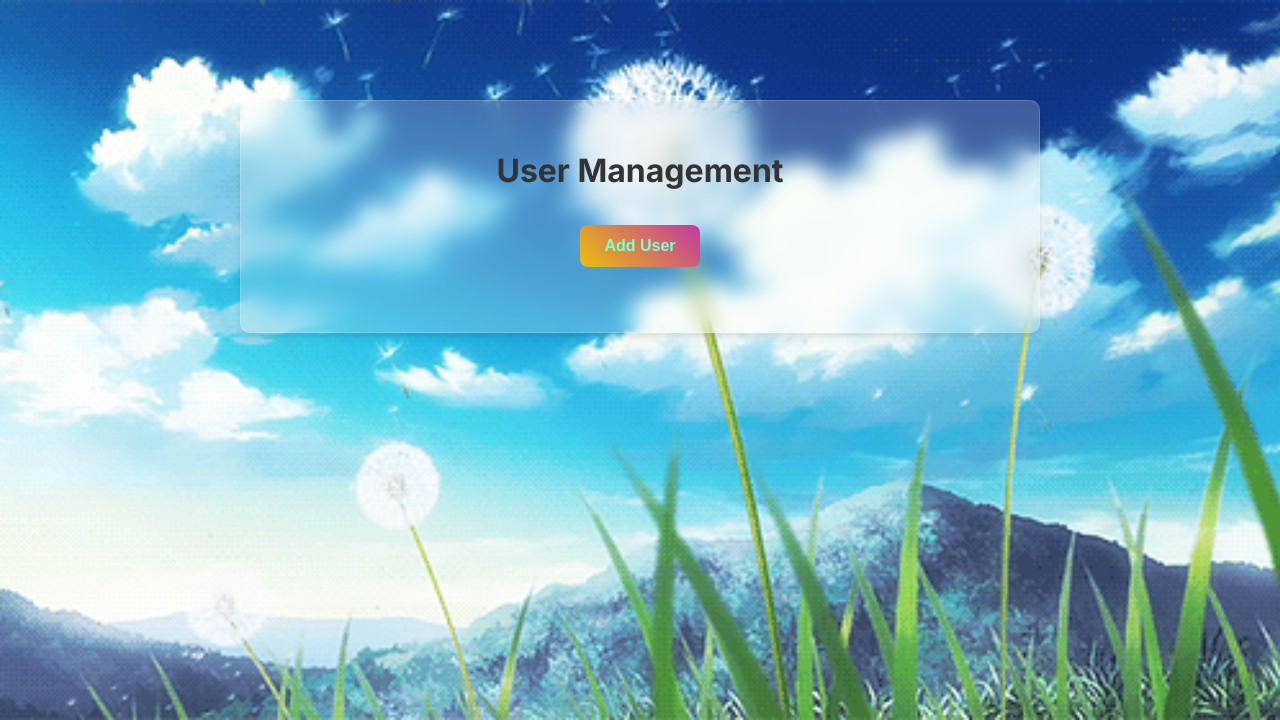
Repository: EeeeeEyyyy/crud-proj
Page: /
The author's editor kept a copy of each file at every save. The page is drawn from the files as they stood at one save, then again after the next save.
The browser window is 1280 px wide. The pictures show the whole page.
The page's requests for data from a server got no answer. The project was rebuilt for these pictures with package versions that can differ from the ones it lists, and the page was loaded fresh each time. The framework's server and built-in components were replaced by stand-ins that run in the browser. No one was signed in, and anything a server would have sent is missing. Also part of the build but not shown: next.config.mjs.

Above is the page before, as saved 2024-06-26 09:11:56.

After the next save:
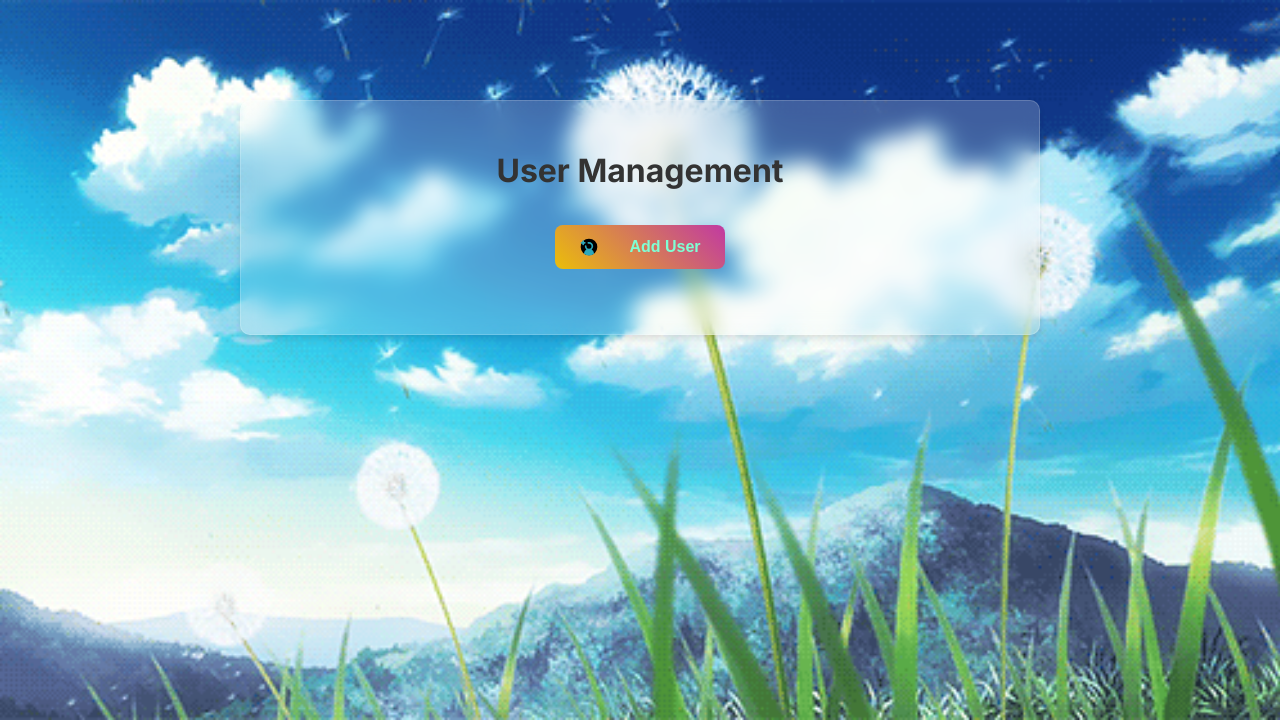
Saved 100 s later.
--- a/src/app/page.js
+++ b/src/app/page.js
@@ -107,6 +107,14 @@ const Page = () => {
           id="add-n"
         >
           {" "}
+                               <Image
+              src="/add.svg"
+              alt="add user"
+              className="dark:invert"
+              width={20}
+              height={20}
+              priority
+            />
           Add User
         </button>
       </div>
